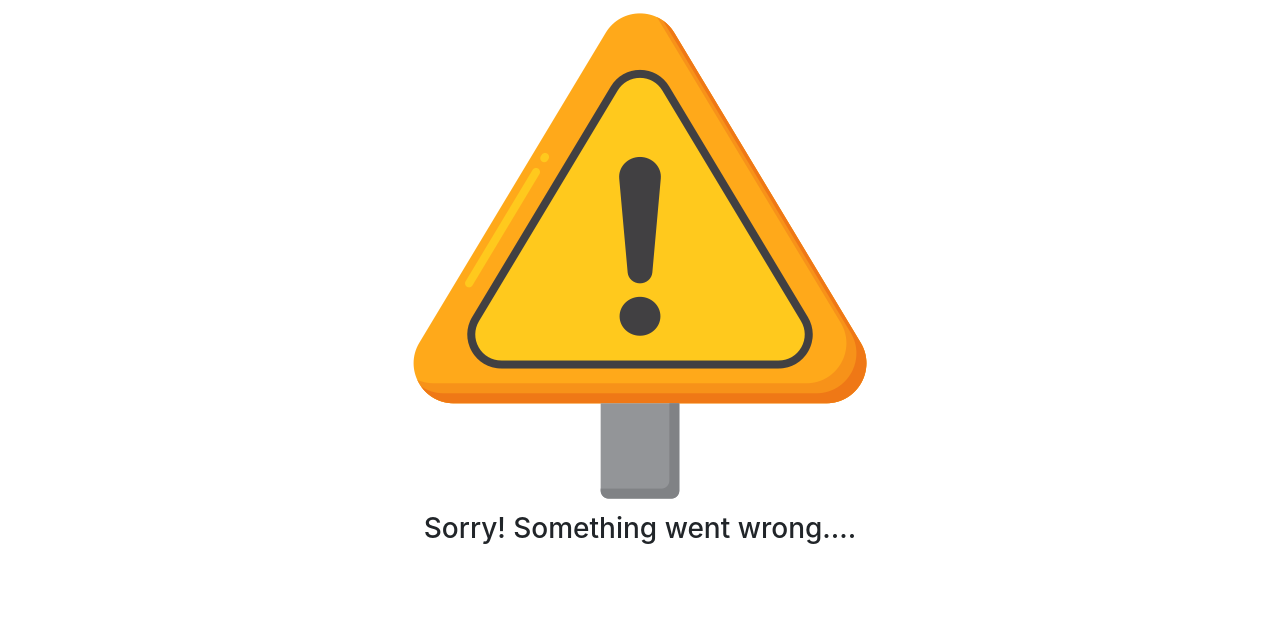
Repository: SanaQureshi27/Servlet-projects
Page: http://localhost/CodeVerse/ErrorPage.jsp
The author's editor kept a copy of each file at every save. The page is drawn from the files as they stood at one save, then again after the next save.
The browser window is 1280 px wide. The pictures show the whole page.
The page is served by Tomcat 9. Other server files are loaded and not shown.

Above is the page before, as saved 2025-03-20 02:01:39.

### CodeVerse/src/main/webapp/ErrorPage.jsp
<%@ page language="java" contentType="text/html; charset=UTF-8"
    pageEncoding="UTF-8"%>
<!DOCTYPE html>
<html>
<head>
<meta charset="UTF-8">
<title>Sorry! Something went wrong....</title>

<link rel="stylesheet"
    href="https://cdn.jsdelivr.net/npm/bootstrap@4.0.0/dist/css/bootstrap.min.css"
    integrity="sha384-Gn5384xqQ1aoWXA+058RXPxPg6fy4IWvTNh0E263XmFcJlSAwiGgFAW/dAiS6JXm"
    crossorigin="anonymous">
<link href="css/myStyle.css" rel="stylesheet" type="text/css" />
<link rel="stylesheet" href="https://cdnjs.cloudflare.com/ajax/libs/font-awesome/4.7.0/css/font-awesome.min.css">
</style>
</head>
<body>

	<div class="container" align="center">
	 <img src="img/caution.png" class="img-fluid">
		<h3>Sorry! Something went wrong....</h3>
	</div>
</body>
</html>

Loaded but not shown: CodeVerse/src/main/webapp/css/myStyle.css (no copy from this time; the picture is the same without it)

After the next save:
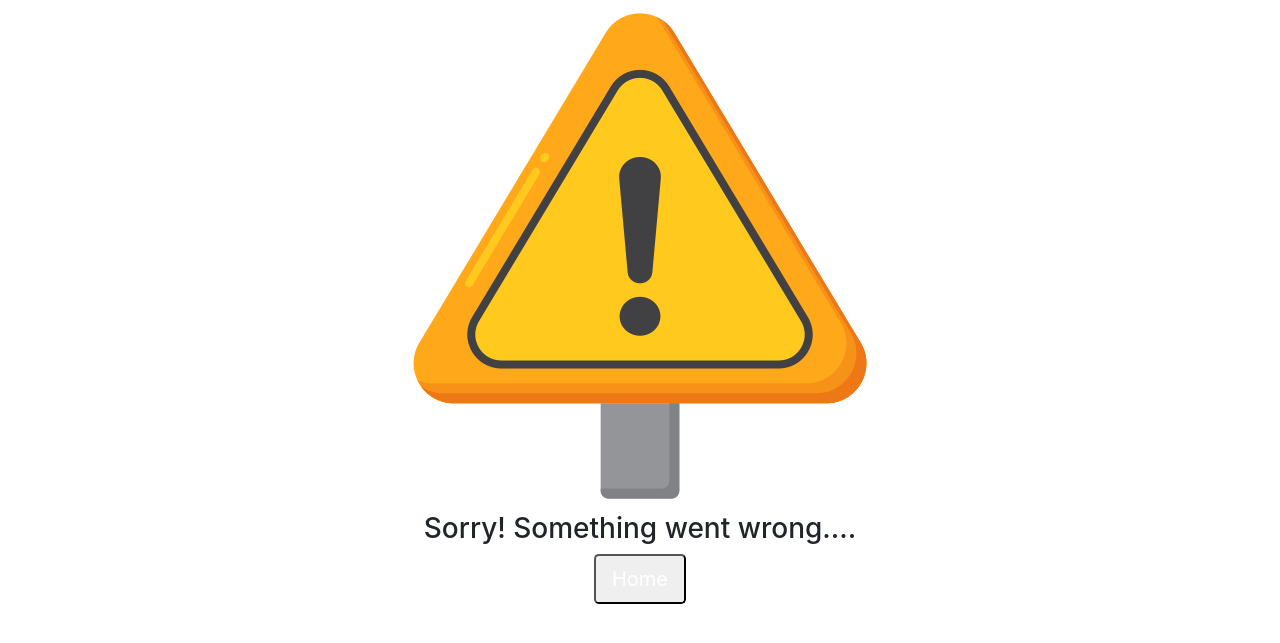
Saved 2 min 33 s later.
--- a/CodeVerse/src/main/webapp/ErrorPage.jsp
+++ b/CodeVerse/src/main/webapp/ErrorPage.jsp
@@ -19,6 +19,7 @@
 	<div class="container" align="center">
 	 <img src="img/caution.png" class="img-fluid">
 		<h3>Sorry! Something went wrong....</h3>
+		<button class="btn-primary_background btn-lg text-white ">Home</button>
 	</div>
 </body>
 </html>
